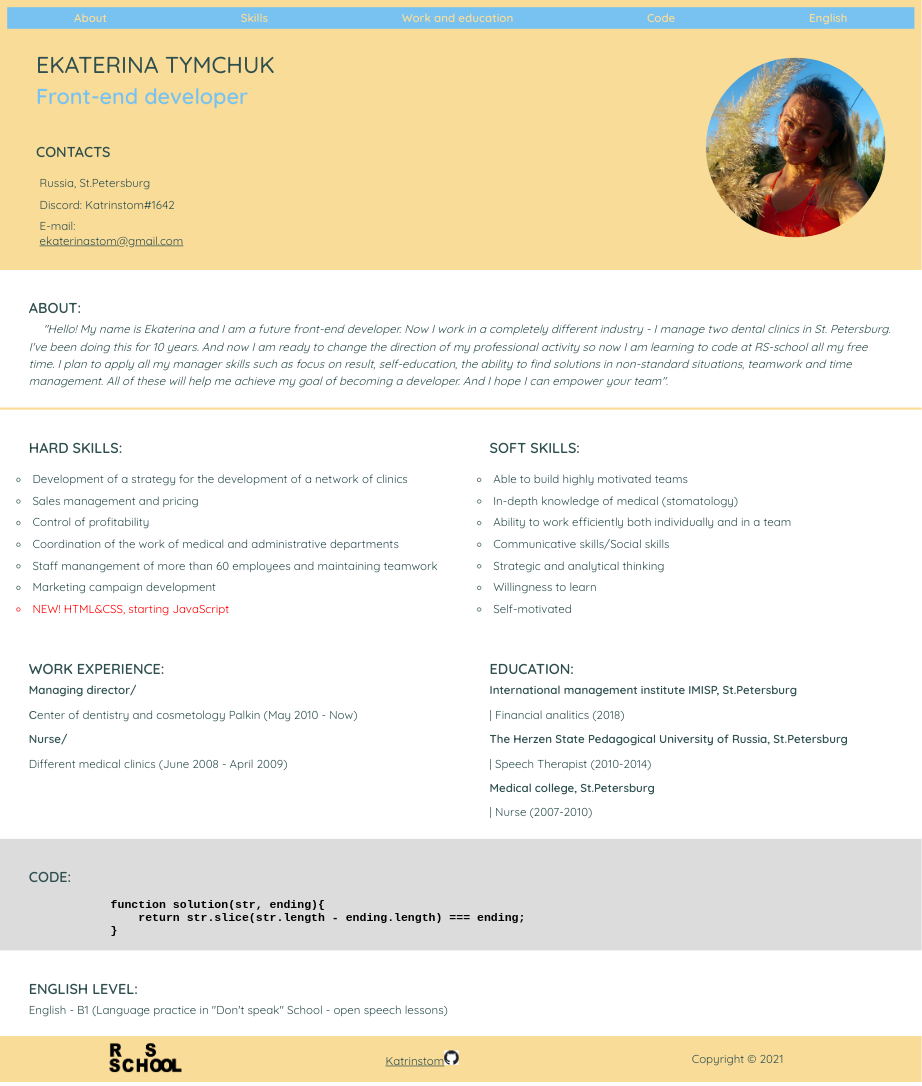
Repository: Katrinstom/rsschool-cv
Page: index.html
These files come from the project's save history. The page is drawn as it stood at one moment and after the next save; the edit follows.
The browser window is 1280 px wide. The pictures show the whole page, at 72% of full size.

Above is the page before, as saved 2022-01-02 23:25:26.

After the next save:
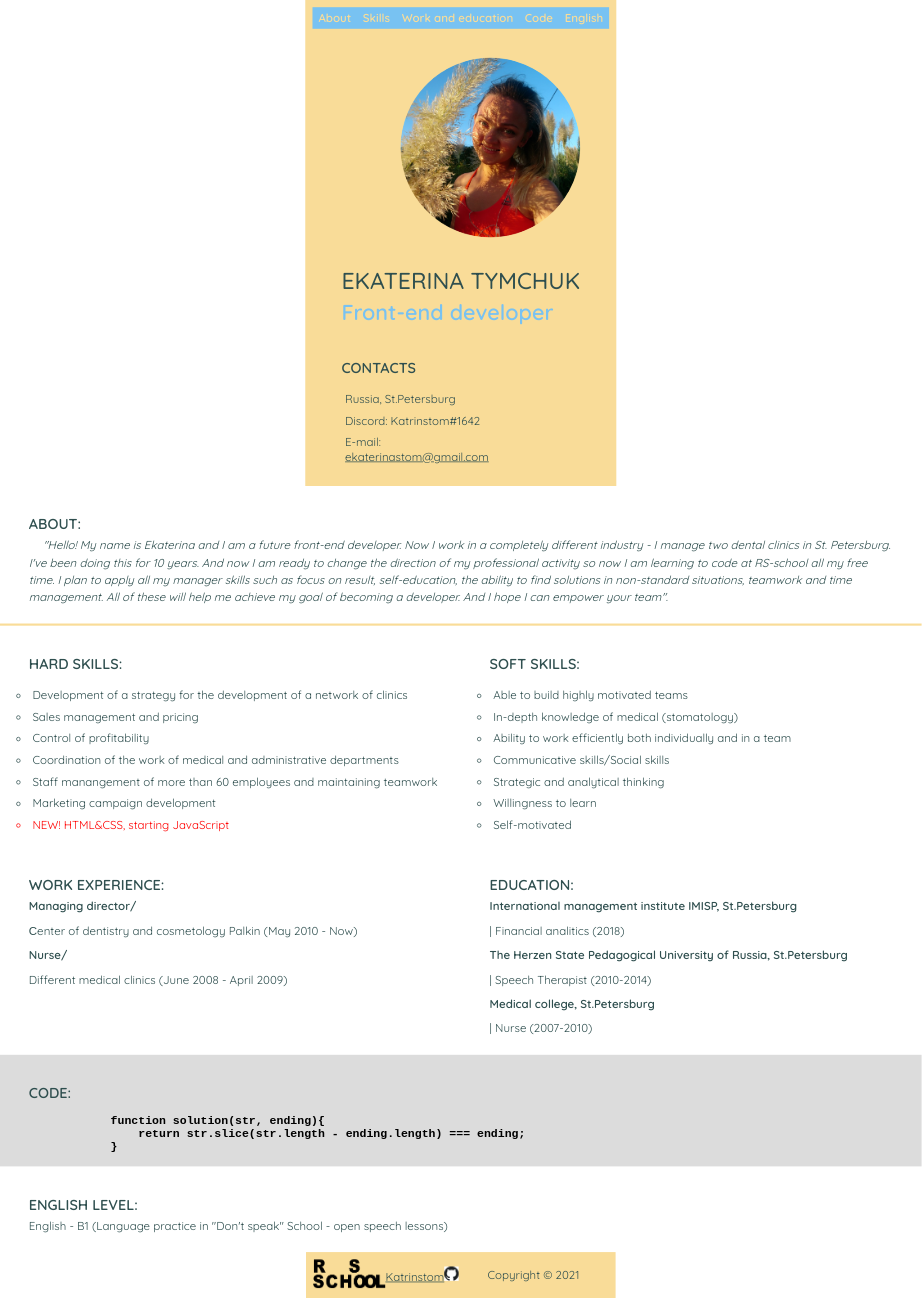
Saved 35 s later.
--- a/style.css
+++ b/style.css
@@ -5,6 +5,9 @@
     min-height: 100vh;
     margin: 0;
     padding: 0;
+    display: flex;
+  flex-direction: column;
+  justify-content: space-between;
 }
 .section {
     max-width: 1280px;

After the 2 saves that followed:
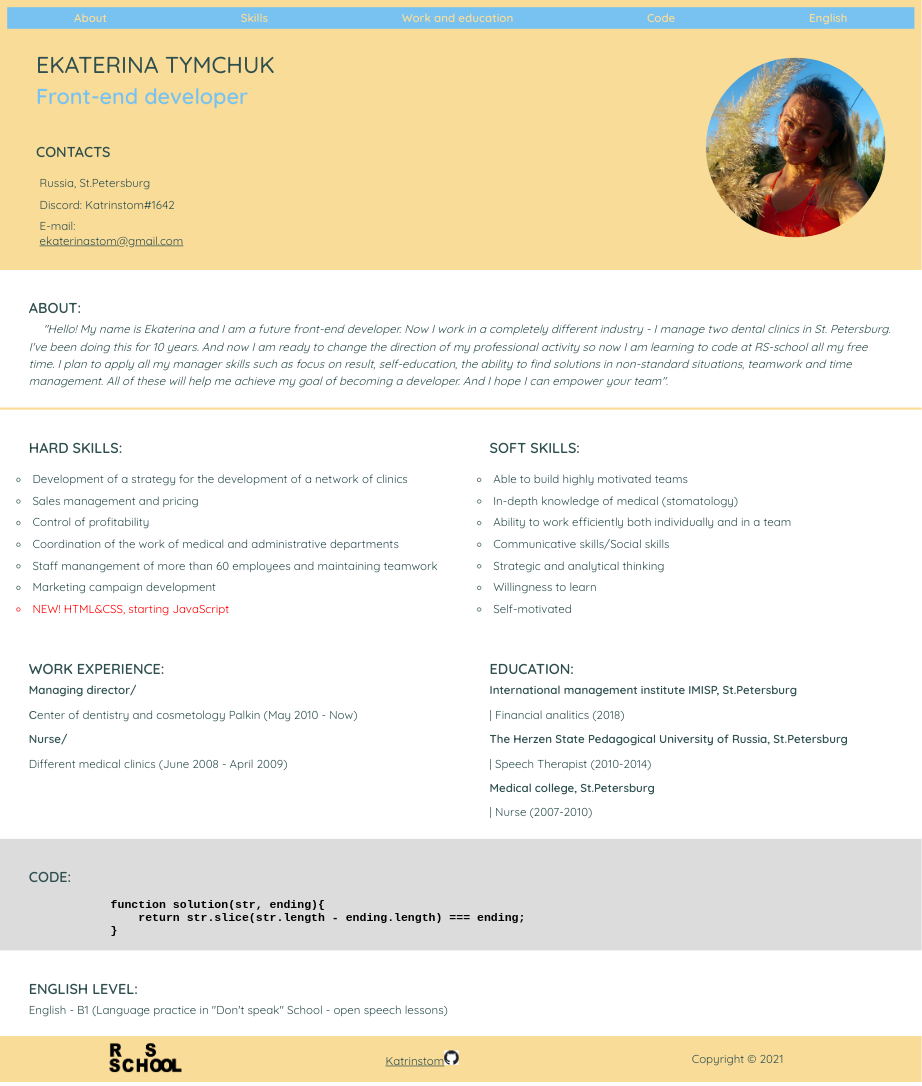
The 2 saves are shown as one change because 1 left the picture as it was.
The last was saved 40 s later.
--- a/style.css
+++ b/style.css
@@ -5,9 +5,6 @@
     min-height: 100vh;
     margin: 0;
     padding: 0;
-    display: flex;
-  flex-direction: column;
-  justify-content: space-between;
 }
 .section {
     max-width: 1280px;
